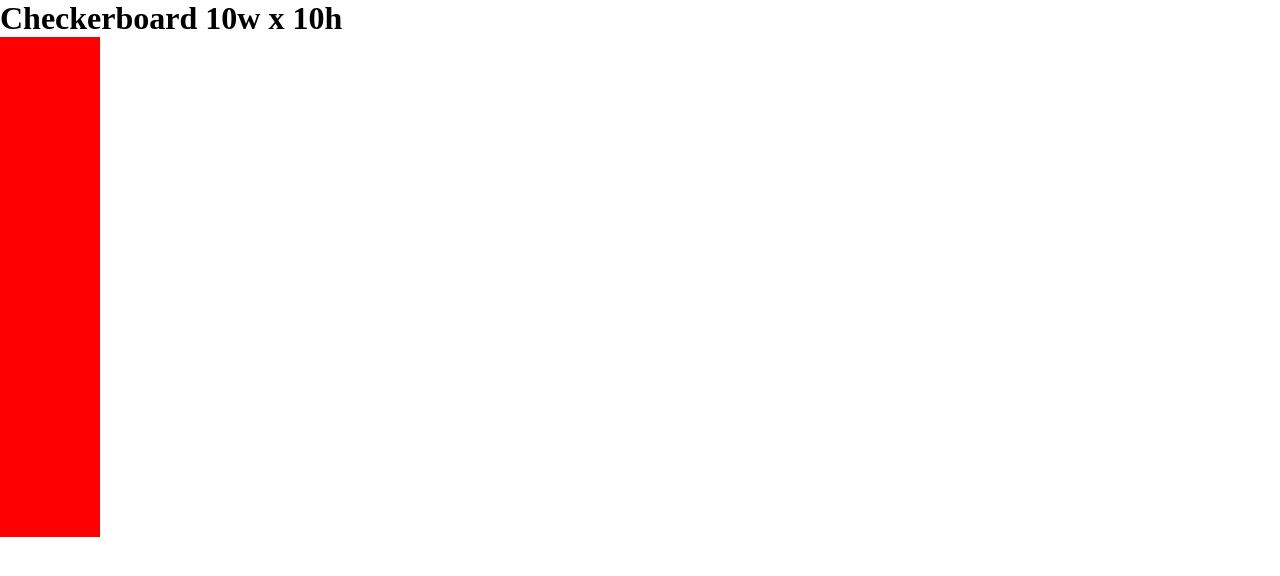
Repository: bchang1213/javaEE
Page: http://localhost/Checkerboard/view.jsp
These files come from the project's save history. The page is drawn as it stood at one moment and after the next save; the edit follows.
The browser window is 1280 px wide. The pictures show the whole page.
The page is served by Tomcat 9.

Above is the page before, as saved 2017-10-05 20:16:16.

After the next save:
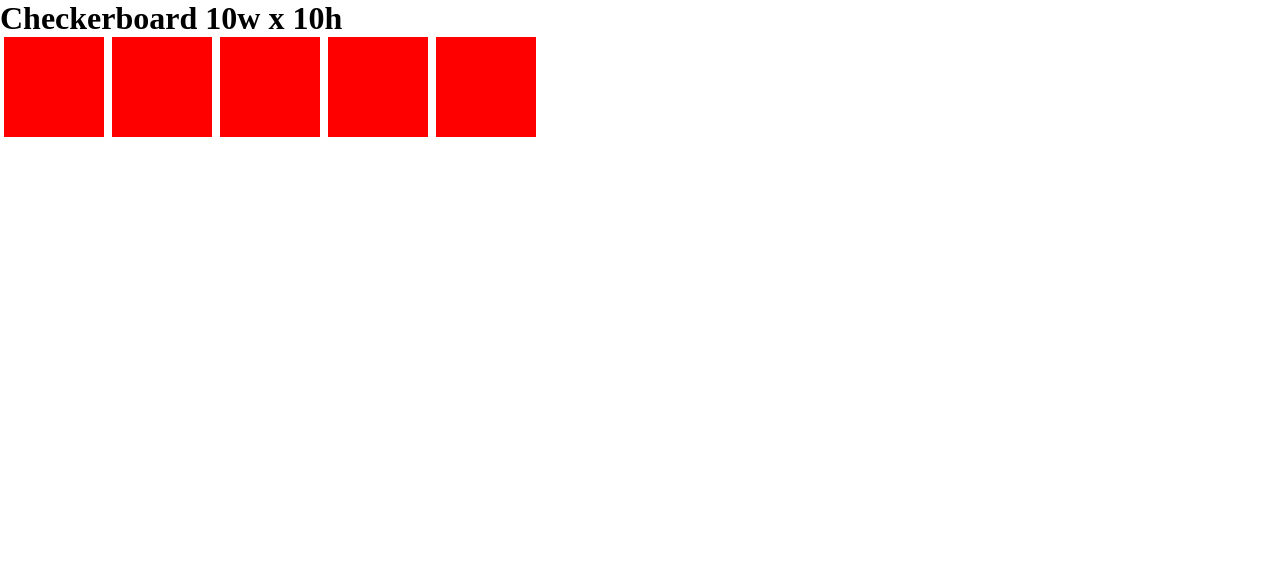
Saved 3 min 43 s later.
--- a/Checkerboard/WebContent/style.css
+++ b/Checkerboard/WebContent/style.css
@@ -1,6 +1,10 @@
 * {
 	margin: 0px;
 	padding: 0px;
+}
+
+div.block{
+	display: inline-block;
 }
 
 =div.block:nth-child(even){
